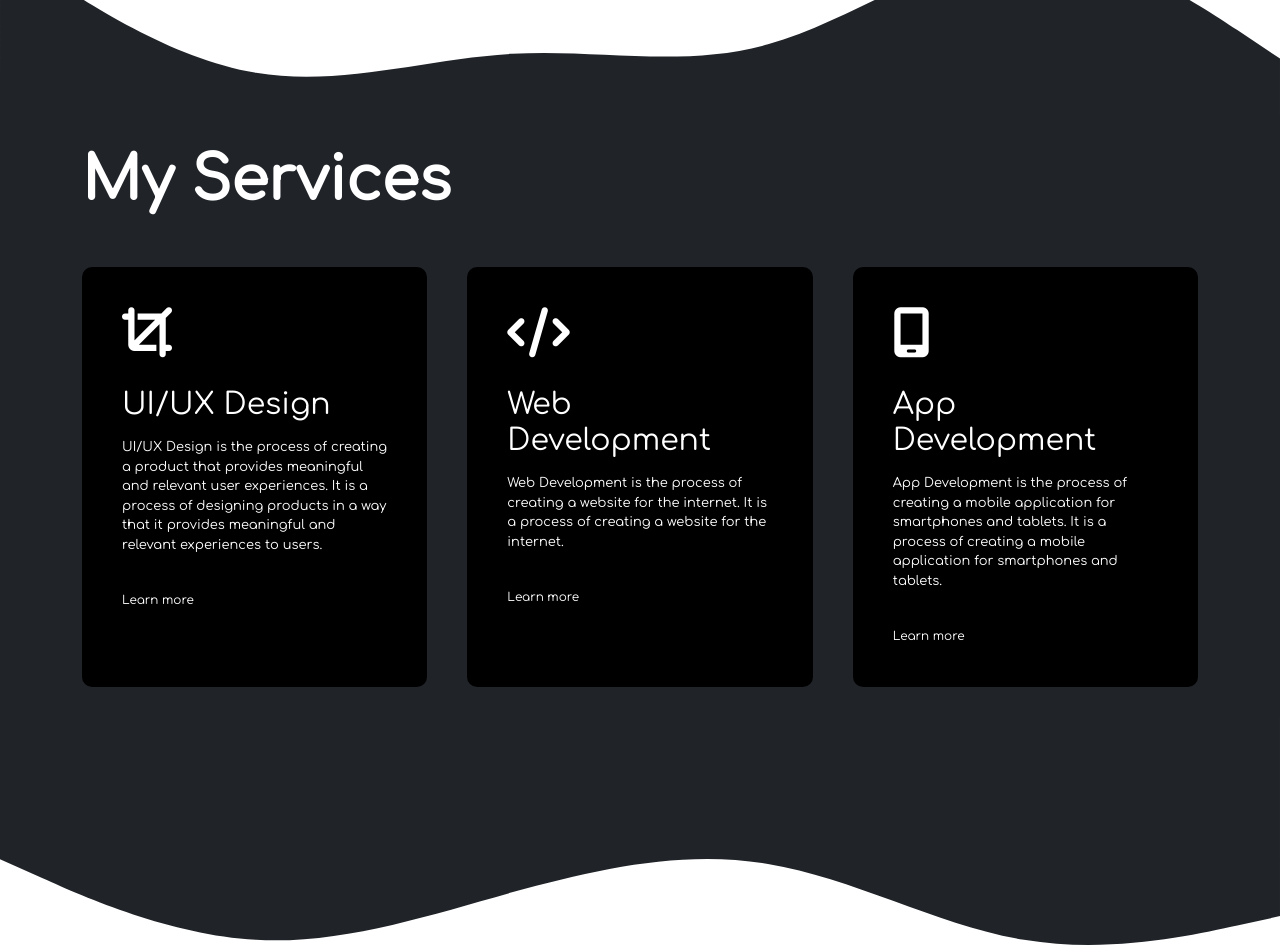
Repository: MMALI3287/Resume
Page: index.html
The author's editor kept a copy of each file at every save. The page is drawn from the files as they stood at one save, then again after the next save.
The browser window is 1280 px wide. The pictures show the part of the page from y = 3987 to 4939 px (the page is 6595 px tall).
A picture or video elsewhere on the page could not be fetched, so the positions and the page height are approximate. Some web libraries are served in a nearby version.

Above is the page before, as saved 2023-07-15 23:24:34.

After the next save:
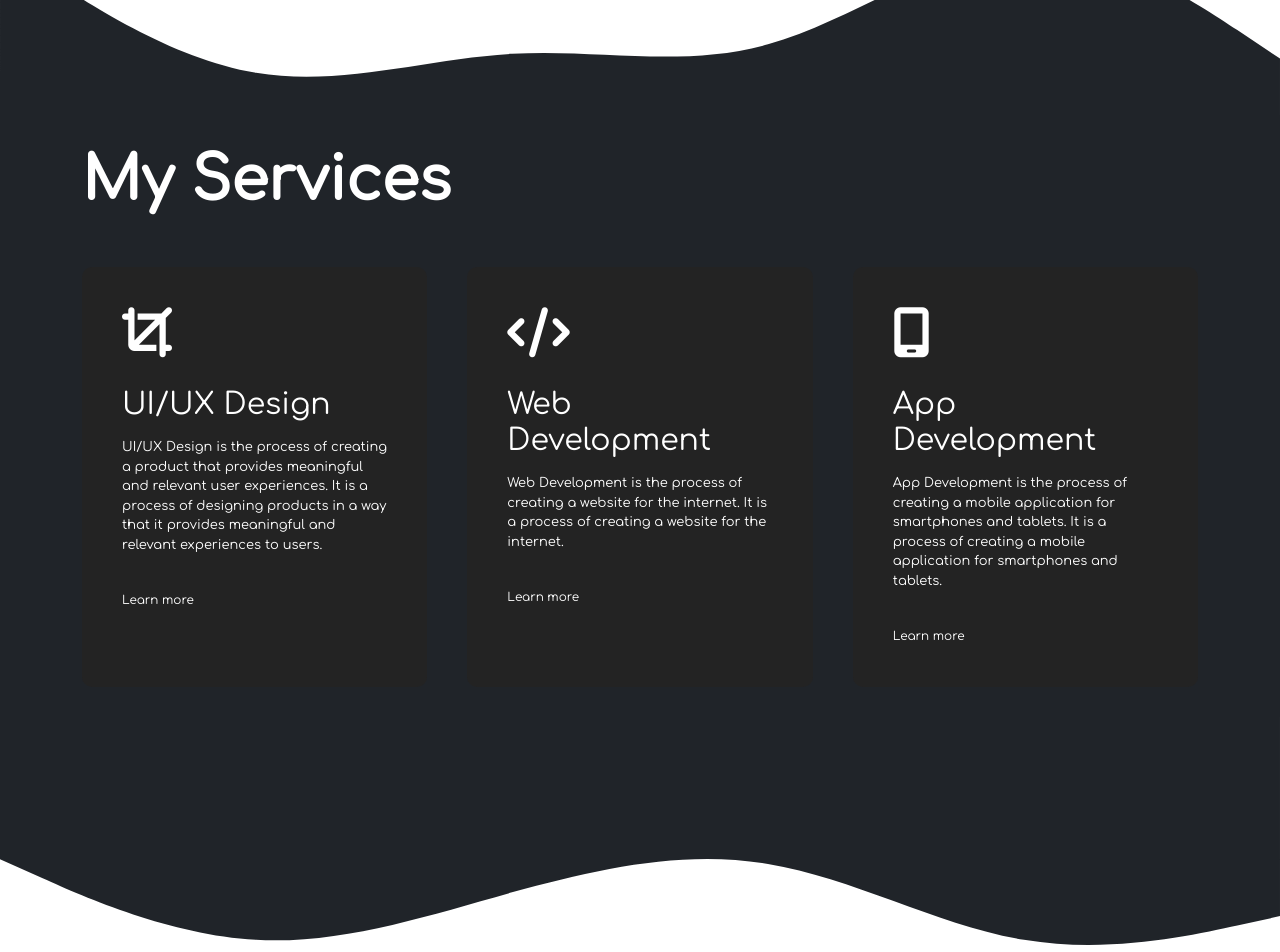
Saved 9 s later.
--- a/css/style.css
+++ b/css/style.css
@@ -243,7 +243,7 @@
 }
 
 .services-list div {
-  background: #000;
+  background: #232323;
   color: #fff;
   padding: 40px;
   font-size: 13px;
